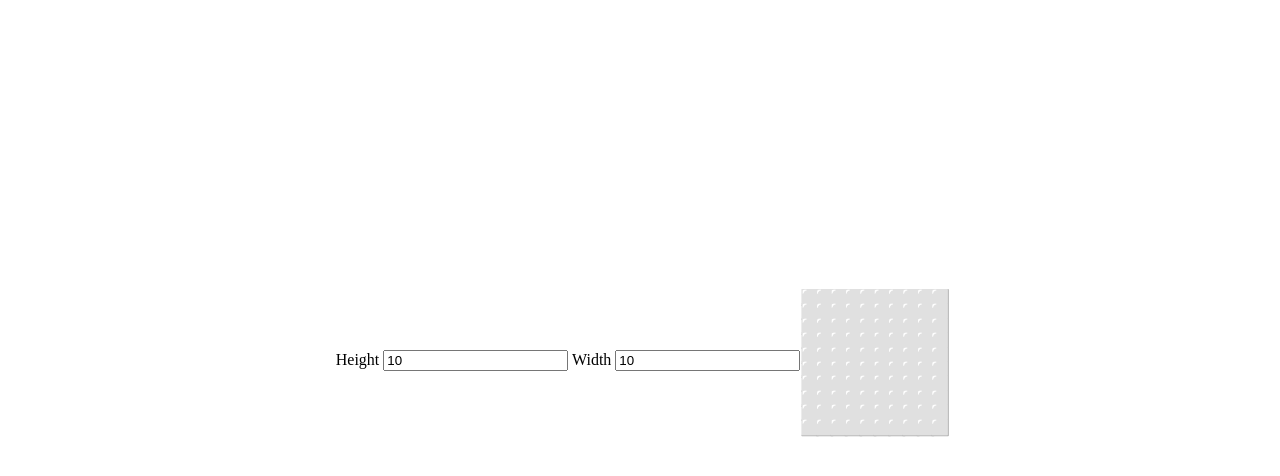
Repository: roast-rabbit/emoji-art-generator
Page: index.html
These files come from the project's save history. The page is drawn as it stood at one moment and after the next save; the edit follows.
The browser window is 1280 px wide. The pictures show the whole page.

Above is the page before, as saved 2022-12-06 15:33:08.

After the next save:
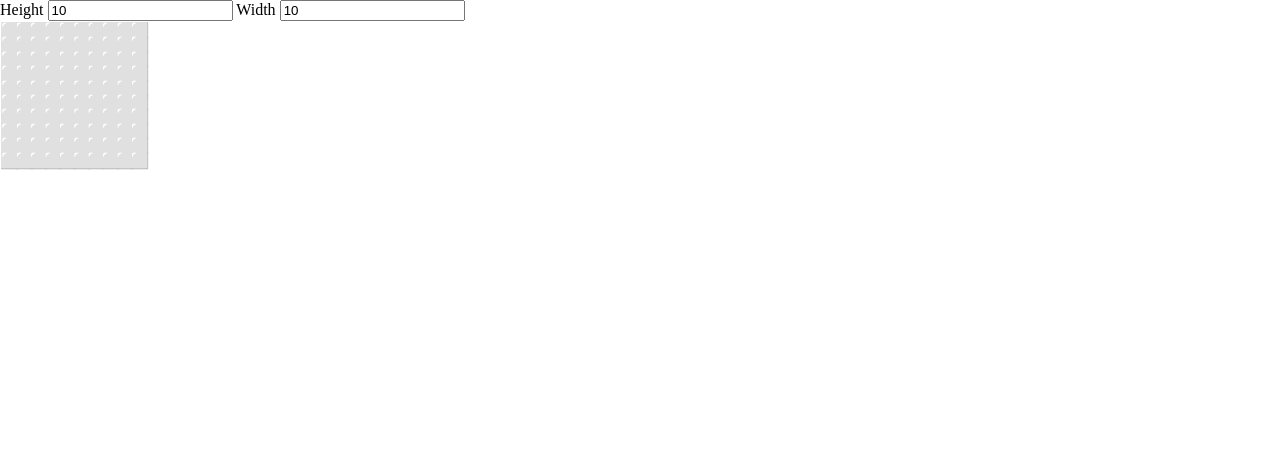
Saved 2 min 43 s later.
--- a/styles.css
+++ b/styles.css
@@ -1,9 +1,5 @@
 body {
   margin: 0;
-  height: 100vh;
-  display: flex;
-  justify-content: center;
-  align-items: center;
 }
 
 #main {
